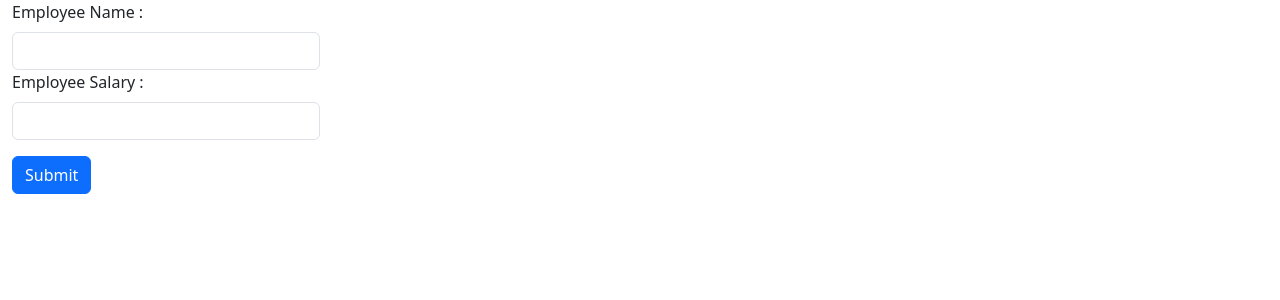
Repository: RG4025/AdvanceJava
Page: ClassWorkFeb15/src/main/webapp/GrossSalary.html
These files come from the project's save history. The page is drawn as it stood at one moment and after the next save; the edit follows.
The browser window is 1280 px wide. The pictures show the whole page.

Above is the page before, as saved 2024-02-15 07:15:31.

### ClassWorkFeb15/src/main/webapp/GrossSalary.html
<!DOCTYPE html>
<html>
<head>
<meta charset="ISO-8859-1">
<title>Insert title here</title>
</head>
<link href="https://cdn.jsdelivr.net/npm/bootstrap@5.3.2/dist/css/bootstrap.min.css" rel="stylesheet" integrity="sha384-T3c6CoIi6uLrA9TneNEoa7RxnatzjcDSCmG1MXxSR1GAsXEV/Dwwykc2MPK8M2HN" crossorigin="anonymous">

<body>

		<section class=" w-50 d-flex justify-content-center align-items-center">

		<div class="Main2 container  mx-auto">
			<form class="col-12 col-md-6" method="post" action="FirstSalary">
					  <div class="mb-3">
					    <label for="exampleInputEmail1" class="form-label">Employee Name : </label>
					    <input type="text" class="form-control" name="name">

					  <div class="mb-3">
					    <label for="exampleInputPassword1" class="form-label">Employee Salary : </label>
					    <input type="text" class="form-control" name="sal">
					  </div>



					  <button type="submit" class="btn btn-primary">Submit</button>
			</form>

		</div>
	</section>
	<script src="https://cdn.jsdelivr.net/npm/bootstrap@5.3.2/dist/js/bootstrap.bundle.min.js" integrity="sha384-C6RzsynM9kWDrMNeT87bh95OGNyZPhcTNXj1NW7RuBCsyN/o0jlpcV8Qyq46cDfL" crossorigin="anonymous"></script>

</body>
</html>

After the next save:
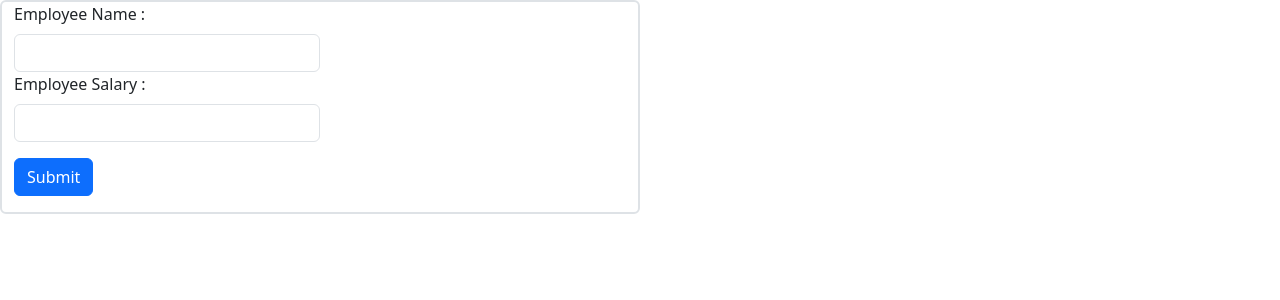
Saved 78 s later.
--- a/ClassWorkFeb15/src/main/webapp/GrossSalary.html
+++ b/ClassWorkFeb15/src/main/webapp/GrossSalary.html
@@ -10,7 +10,7 @@
 
 		<section class=" w-50 d-flex justify-content-center align-items-center">
 
-		<div class="Main2 container  mx-auto">
+		<div class="Main2  mx-auto container border border-2 roundes rounded-2 ">
 			<form class="col-12 col-md-6" method="post" action="FirstSalary">
 					  <div class="mb-3">
 					    <label for="exampleInputEmail1" class="form-label">Employee Name : </label>
